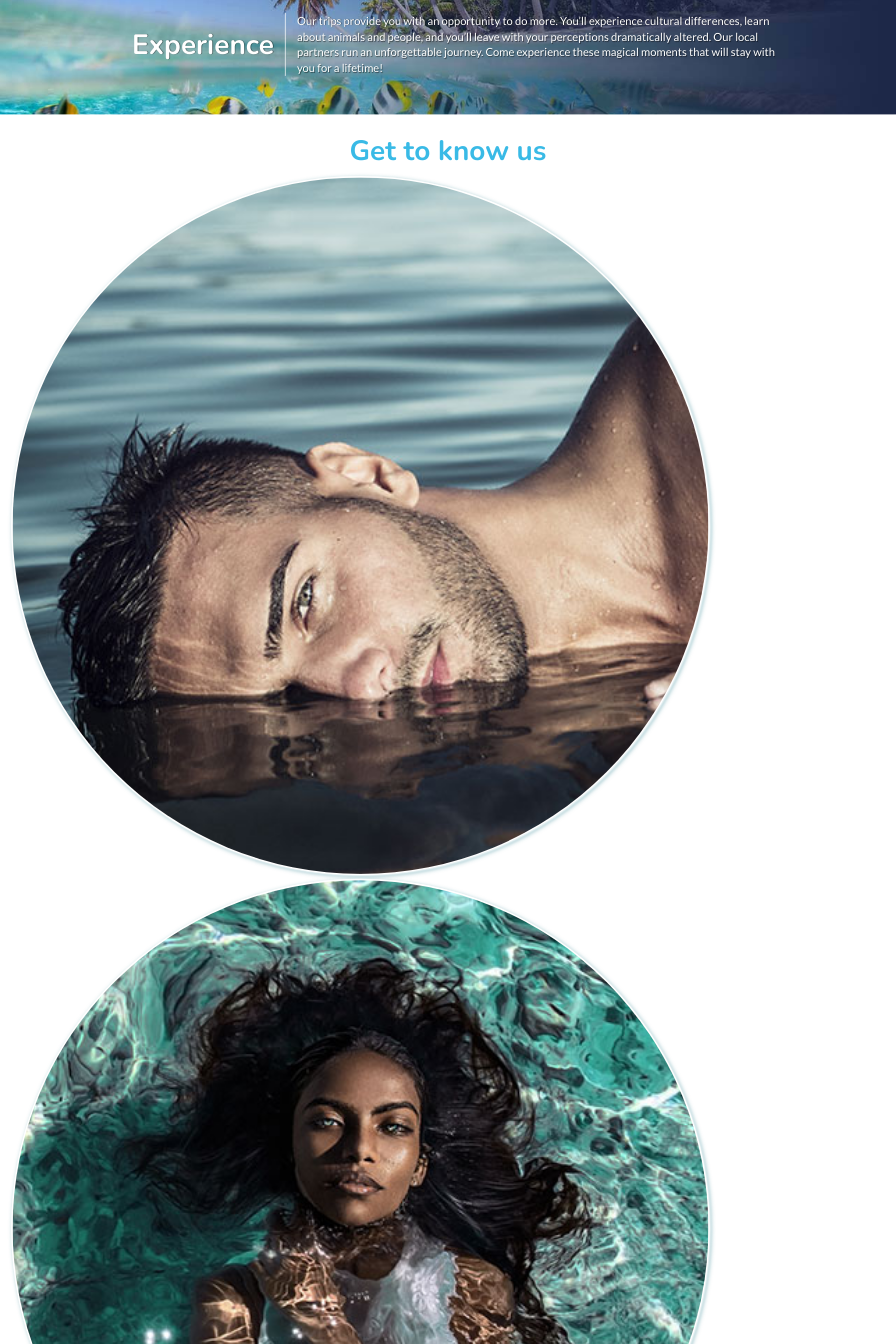
Repository: mariocapitbrok/css-combining-grid-and-flexbox-ch04
Page: 04_08/04_08_start.html
The author's editor kept a copy of each file at every save. The page is drawn from the files as they stood at one save, then again after the next save.
The browser window is 1280 px wide. The pictures show the part of the page from y = 1768 to 3688 px (the page is 7641 px tall before and 2727 px after), at 70% of full size.

Above is the page before, as saved 2022-10-10 19:12:00.

### 04_08/04_08_start.html
<!DOCTYPE html>
<html lang="en">
<head>
  <meta charset="UTF-8">
  <meta name="viewport" content="width=device-width, initial-scale=1.0">
  <meta http-equiv="X-UA-Compatible" content="ie=edge">
  <meta name="description" content="MAR is a fictional company, the concept and design was created by Emily Kay for use on the Grid and Flexbox training course with Linkedin Learning">
  <meta name="author" content="Concept and design by Emily Kay">

  <title>MAR, Marine Awareness Retreats | transformative ocean-based trips focused on altering perceptions and habits</title>

  <link rel="shortcut icon" type="image/x-icon" href="images/favicon.ico">
  <link rel="apple-touch-icon" href="images/favicon.png">
  <!-- load font awesome -->
  <link rel="stylesheet" href="https://cdnjs.cloudflare.com/ajax/libs/font-awesome/5.15.3/css/all.min.css">
  <!-- load google fonts -->
  <link href="https://fonts.googleapis.com/css2?family=Lato:ital,wght@0,300;0,400;0,700;1,300;1,400&family=Nunito:ital,wght@0,200;0,300;0,400;0,600;0,700;0,800;1,400&display=swap" rel="stylesheet">

  <link rel="stylesheet" href="styles/base.css">

</head>
<body>

  <!-- header / hero -->
  <header class="hero" id="home">
    <img src="images/ecoSystems.png" alt="ocean ecosystems">
    <article>
      <h1>Marine Awareness Retreats.</h1>
      <p>We are an organization focused on educating and raising awareness about the importance of our ocean’s ecosystems. We create life-altering experiences that literally change perceptions and perspectives. Join us for an incredible trip that will educate and forever change you.</p>
      <button>Learn more about our trips <i class="fas fa-angle-double-right"></i></button>
    </article>
  </header>

  <!-- navigation -->
  <section class="navWrap">
    <img src="images/marLogo.svg" alt="MAR logo" class="logo">
    <input type="checkbox" id="navToggle" class="navToggle">
    <label for="navToggle" class="navToggleLabel"><span></span></label>
    <nav>
      <ul>
        <li><a href="#home">Home</a></li>
        <li><a href="#team">About</a></li>
        <li><a href="#gallery">Gallery</a></li>
        <li><a href="#problem">Blog</a></li>
        <li><a href="#contact">Contact</a></li>
        <li><a href="#trips" class="btn">Book an experience</a></li>
      </ul>
    </nav>
  </section>


  <main>

  <!-- Trips -->
  <section class="trips" id="trips">
    <article>
      <h1>Our trips</h1>
      <p>We have trips worldwide; incredible experiences that will not only provide unique animal interactions but will also introduce you to local heroes that are making a difference in their communities each and every day. Our trips educate and connect you with conservationists that are making changes in small communities. Little steps with huge impacts!</p>
    </article>
    <ul class="tripList">
      <li>
        <img src="images/trip01.jpg" alt="humpback whales">
        <h3>Humpback Whales</h3>
        <p>Tonga is a special place to visit - and if you go at the right time, you will be forever changed by seeing these gentle giants swimming with babies and engaging in heat runs. The excitement level is high on this trip; there’s nothing like hearing the song of a humpback whale as he tries to encourage a female to mate with him. Conservation is top priority among the locals, who do their best to ensure that the whales have a safe place to mate and birth.</p>
        <a href="#">Whales in Tonga <i class="fas fa-angle-double-right"></i></a>
      </li>
      <li>
        <img src="images/trip02.jpg" alt="Great Barrier Reef">
        <h3>GB Reef</h3>
        <p>Sail to some of the most incredible islands and dive sites in the world. The Great Barrier Reef is the world’s largest living organism, stretching over 2,000 km down the eastern coast of Australia. This trip will allow you to ‘live’ on the reef. We will visit turtle conservatories, shark protected breeding grounds, and you’ll learn about measures that are being taken to preserve this treasure.</p>
        <a href="#">Sail the Reef <i class="fas fa-angle-double-right"></i></a>
      </li>
      <li>
        <img src="images/trip03.jpg" alt="Galapagos">
        <h3>Galapagos</h3>
        <p>This trip is an amazing opportunity to visit many of the islands in the archipelago. There is so much diversity and an abundance of wildlife that is found nowhere else on earth. We will spend 10 days with sharks, mantas, turtles, ocean iguanas and so much more. Learn about the unique conservation efforts and amazing animals found only in the Galapagos.</p>
        <a href="#">Diversity central <i class="fas fa-angle-double-right"></i></a>
      </li>
      <li>
        <img src="images/trip04.jpg" alt="Sharks">
        <h3>Sharks</h3>
        <p>Want to swim with sharks? This trip is for you. We will see tiger sharks, hammerheads, lemons and occasionally whale sharks. Not only will you have a thrill experiencing silent, graceful beauties swim right by you, you will also learn about the importance of sharks. These top-level predators are necessary for a healthy ocean and help keep all the other species healthy as well.</p>
        <a href="#">Sharks, sharks, sharks! <i class="fas fa-angle-double-right"></i></a>
      </li>
      <li>
        <img src="images/trip05.jpg" alt="Coral">
        <h3>Coral Restoration</h3>
        <p>Learn about coral re-growth and restoration. On this trip you will work with a team of coral specialists. You’ll see how they grow and care for the coral polyps, and once they are large enough, how each one is meticulously attached to the reef. You will help our team monitor assess the health of corals at various stages of growth and even be able to attach new coral to help the reef grow!</p>
        <a href="#">Thailand coral project <i class="fas fa-angle-double-right"></i></a>
      </li>
      <li>
        <img src="images/trip06.jpg" alt="Maldives">
        <h3>Maldives</h3>
        <p>Our Maldives experience combines adventure with cultural and sustainable travel. Our tours allow guests to learn about the Maldives, and its culture, beliefs, and traditions through the eyes of a local. You’ll stay in an overwater bungalow that overlooks a richly diverse lagoon. The island is a safe nesting site for Olive Ridley and Green Sea Turtles. You’ll also be able to work with locals, assisting with rescues and rehabilitation in this incredible ecosystem.</p>
        <a href="#">Culural ocean safari <i class="fas fa-angle-double-right"></i></a>
      </li>
    </ul>
  </section>

  <!-- CTA1 -->
  <section class="cta cta1">
    <h1>Experience</h1>
    <p>Our trips provide you with an opportunity to do more. You’ll experience cultural differences, learn about animals and people, and you’ll leave with your perceptions dramatically altered. Our local partners run an unforgettable journey. Come experience these magical moments that will stay with you for a lifetime!</p>
  </section>

  <!-- Team -->
  <section class="team" id="team">
    <h1>Get to know us</h1>
    <ul class="teamMembers">
      <li><img src="images/team01.jpg" alt="team member"></li>
      <li><img src="images/team02.jpg" alt="team member"></li>
      <li><img src="images/team03.jpg" alt="team member"></li>
      <li><img src="images/team04.jpg" alt="team member"></li>
      <li><img src="images/team05.jpg" alt="team member"></li>
    </ul>
    <p>MAR has been organizing small ocean wildlife expeditions for 12 years. We keep our groups small to minimize our impact on the areas we visit and to ensure the animals are not stressed or overwhelmed. This also ensures that our guests can maximize time with the animals. Our company is a tight knit group of conservationists and experts in their fields. All of our employees are passionate about wildlife and conservation. We are all marine biologists and ocean aficionados, so we can give you lots of information, and believe me, we have a lot to share. We consider each other 'Ohana': a Hawaiian term meaning "family". By the end of your journey you will be part of the MAR Ohana. <a href="#">Meet the team</a></p>
  </section>

  <!-- CTA2 -->
  <section class="cta cta2">
    <h1>Education</h1>
    <p>Our mission is to provide education through global experiences. We will open doors to you that will leave a lasting impression on how you view our world and alter your behaviors and actions for the good of all.</p>
  </section>

  <!-- Problem -->


  <!-- Actions -->


  <!-- CTA3 -->
  <section class="cta cta3">
    <h1>Conservation</h1>
    <p>Our world is in trouble, and as the stewards of this planet we need to be better. Lead by example and ensure that this amazing world and all its inhabitants have a fighting chance for longevity. This journey will open your eyes and forever change you.</p>
  </section>

  <!-- Photo Gallery -->

  </main>


  <!-- Footer -->
  <footer>

  <!-- Contact Form -->

  <!-- Social Media -->

  <!-- Contact Info -->

  </footer>
</body>
</html>

### 04_08/styles/base.css
/*

TABLE OF CONTENTS

  1. Global styles
  2. Hero
  3. Navigation
  4. Trips
  5. CTA
  6. Team
  7. Problem
    7a. Actions
  8. Gallery
  9. Footer
    9a. Contact
    9b. Connect
  10. Media Queries
    10a. Media Query, (min-width: 700px)
      10a-i. Hero
      10a-ii. Navigation, Large screen
      10a-iii. Trips, Large screen
      10a-iv. CTA summaries, Large screen rules
    10b. Media Query, (min-width: 1000px)

*/

/* ############ 1. Global Styles ############ */
 article, aside, details, figcaption, figure, footer, header, hgroup, menu, nav, section {
   display: block;
}

 * {
   padding: 0;
   margin: 0;
   box-sizing: border-box;
   font-size: 100%;
 }

 body > * {
   font-family: 'Lato', sans-serif;
   line-height: 1.4;
 }

 img {
   max-width: 100%;
   height: auto;
 }

 h1, h2, h3, h4 {
   font-family: 'Nunito', sans-serif;
   line-height: 1;
 }

 h1 {
   font-size: 2.5rem;
 }

 h2 {
   font-size: 2rem;
 }

 h3 {
   font-size: 1.6rem;
 }

 h4 {
   font-size: 1.4rem;
 }

 p {
   line-height: 1.4;
 }

a {
  color: #36bae6;
  font-weight: bold;
}

a:hover {
  color: #e06630;
}

i {
  padding-left: .5rem;
}

/* ############ 2. Hero ############ */
.hero {
  background: url("../images/header1_sm.jpg") no-repeat center right;
  background-size: cover;
  color: #fff;
  font-size: 20px;
  text-align: center;
  display: grid;
  grid-template-columns: 10px 2fr 10px;
  grid-template-rows: .5fr 1fr 20px;
  grid-gap: 20px;
 }

.hero img {
  margin: auto;
  padding-top: 1rem;
  grid-column: 2 / 3;
  grid-row: 1 / 2;
}

.hero article {
  grid-column: 2 / 3;
  grid-row: 2 / 3;
}

.hero h1 {
  font-size: 2rem;
  text-transform: uppercase;
}

.hero button {
  background-color: #fff;
  border: none;
  border-radius: 4px;
  color: #2abadf;
  font-size: 1rem;
  padding: 5px 10px;
  margin: .75rem auto 0;
}


/* ############ 3. Navigation ############ */
.logo {
  max-width: 90px;
 }

.navWrap {
  position: sticky;/*  ** note the menu will not be sticky until we add more page content */
  top: 0;
  z-index: 99;
  height: 48px;
  width: 100%;
  background-color: #212f54;
  border-bottom: 1px solid #e0e5eb;
  box-shadow: 0px 1px 8px #223055;
  padding: 0 1.5rem;
  display: flex;
  align-items: center;
  justify-content: space-between;
}

input#navToggle {
  display: none;
}

input#navToggle ~ label {
  position: relative;
  padding: 0.25rem;
  width: 2rem;
  height: 1.25rem;
  height: 2rem;
}

input#navToggle ~ label > span,
input#navToggle ~ label > span::before,
input#navToggle ~ label > span::after {
  content: "";
  display: block;
  position: absolute;
  top: .75rem;
  height: 0.125rem;
  width: 1.75rem;
  opacity: 1;
  background: #fff;
  transition: 0.14s ease-in-out;
}

input#navToggle ~ label > span::before {
  top: -0.5rem;
}

input#navToggle ~ label > span::after {
  top: 0.5rem;
}

#navToggle:checked ~ label > span {
  width: 0;
  background: rgba(18, 18, 18, 0);
}

#navToggle:checked ~ label > span::before {
  transform: rotateZ(45deg);
  top: 0;
}

#navToggle:checked ~ label > span::after {
  transform: rotateZ(-45deg);
  top: 0;
}

#navToggle:checked ~ nav {
  left: 0;
}

nav {
  position: absolute;
  z-index: -1;
  top: 3.0rem;
  left: -110%;
  width: 100%;
  transition: 0.22s ease-in-out;
}

nav::after {
  content: "";
  position: absolute;
  top: 0;
  z-index: -1;
  height: 100vh;
  width: 100vw;
  background-color: #13b1e7;
  background-size: cover;
}

nav ul {
    list-style-type: none;
}

nav ul li a {
  display: inline-block;
  text-decoration: none;
  width: 100%;
  padding: .75rem 1rem;
  color: #fff;
  border-bottom: solid 1px rgba(255,255,255,.5);
  transition: 0.14s ease-in-out;
}

nav ul li a:hover {
  color: #36bae6;
  background: #e0e5eb;
}

nav ul li:last-of-type::before {
  content: "";
  display: block;
  padding: .5rem;
  }

nav .btn {
  background: #fff;
  border-bottom: none;
  border-radius: 4px;
  box-shadow: inset 0 0 5px #eeb80c;
  color: #223054;
  width: 40%;
  padding: 0.25rem .6rem;
  letter-spacing: 1px;
  text-shadow: 0 0 1px rgb(19,177,231);
  display: flex;
  justify-content: center;
  margin: auto;
}

nav .btn:hover {
  background-color: #223054;
  box-shadow: inset 0 0 5px #13b1e7;
  color: #fff;
}

/* ############ 4. Trips ############ */
.trips {
  padding: 1rem;
  margin: auto;
  max-width: 1200px;
}

.trips article {
  margin: 2rem auto;
  width: 80%;
  max-width: 1000px;
}

.trips h1 {
  color: #3abadf;
  font-size: 3rem;
  margin-left: 1rem;
}

.trips article p {
  border-left: solid 1px #dedede;
  padding-left: 1rem;
}

.tripList {
  list-style-type: none;
  display: grid;
  grid-template-columns: repeat(auto-fit, minmax(260px, 1fr));
  grid-gap: 1rem;
}

.tripList li {
  background-color: rgba(255,255,255,.9);
  border-radius: 6px;
  border: solid 1px #dedede;
  box-shadow: 0 2px 5px rgba(0,0,0,0.1);
  padding: 1.8rem;
  display: grid;
  grid-template-columns: 1fr;
  grid-template-rows: auto minmax(140px, 1fr) auto;
}

.tripList h3, .tripList img {
  grid-row: 1 / 2;
  grid-column: 1;
}

.tripList h3 {
  background-color: rgba(255,255,255,.5);
  color: #fff;
  padding: .5rem;
  margin-bottom: 1rem;
  text-align: center;
  text-shadow: 1px 1px 2px rgba(51,51,51,.7);
  align-self: end;
}

.trips a {
  border-radius: 3px;
  background-color: #39bae6;
  color: #fff;
  height: 2rem;
  margin-top: 1rem;
  text-decoration: none;
  display: flex;
  justify-content: center;
  align-items: center;
}

.trips a:hover {
  background-color: #333;
}


/* ############ 5. CTA ############ */
.cta {
  background-repeat: no-repeat;
  background-position: center center;
  background-size: cover;
  color: #fff;
  margin: 2rem auto;
  padding: 2rem;
  text-shadow: 1px 1px 1px rgb(0 0 0 / 50%);
}

.cta1 {
  background-image: url("../images/ctaBG1_sm.jpg");
}

.cta2 {
  background-image: url("../images/ctaBG2_sm.jpg");
}

.cta3 {
  background-image: url("../images/ctaBG3_sm.jpg");
}

.cta h1 {
  margin-left: 1rem;
}

.cta p {
  border-left: solid 1px #fff;
  padding-left: 1rem;
  max-width: 700px;
}


/* ############ 6. Team ############ */
.team {
  margin: 1rem;
}

.team h1 {
  text-align: center;
  color: #39bae6;
}

.team p {
  margin-bottom: 1rem;
}

.teamMembers {
  list-style-type: none;
  margin: 1rem 0;
}

.teamMembers li {
}

.teamMembers li:nth-child(1) {
}

.teamMembers li:nth-child(2) {
}

.teamMembers li:nth-child(3) {
}

.teamMembers li:nth-child(4) {
}

.teamMembers li:nth-child(5) {
}

.teamMembers li:hover {
}

.teamMembers img {
  border-radius: 50%;
  width: 80%;
  box-shadow: 1px 1px 3px #fff, 2px 2px 6px rgb(28 121 138 / 50%);
  border: solid 2px rgba(255,255,255,.8);
}

.teamMembers li:nth-child(3) img {
}


/* ############ 7. Problem ############ */

/* ############ 7a. Problem > Action ############ */


/* ############ 8. Gallery ############ */


/* ######### 9. Footer ######### */

/* ######### 9a. Footer > Contact ######### */

/* ######### 9b. Footer > Connect ######### */


/* ############ 10. Media Queries ############ */

/* ############ 10a. Media Query, (min-width: 700px) ############ */
@media screen and (min-width: 700px) {
  /* ######### 10a-i. HERO, Large screen rules ######### */
  header.hero {
    background: url(../images/header1_lg.jpg) no-repeat center left;
    background-size: cover;
    text-align: left;
    grid-template-columns: repeat(6, 1fr);
    grid-template-rows: .25fr 1fr .25fr;
    align-items: center;
  }

  .hero img {
    margin: 0 0 0 auto;
    grid-row: 2 / 3;
  }

  .hero article {
   max-width: 1000px;
   grid-column: 3 / 6;
  }

/* ######### 10a-ii. Navigation, Large screen rules ######### */
  .navWrap {
    display: grid;
    grid-template-columns: 100px minmax(auto, 1100px);
    justify-content: center;
    height: auto;
  }

  .navToggleLabel {
    display: none;
  }

  nav {
    position: initial;
  }

  nav ul {
    display: flex;
    justify-content: flex-end;
    align-items: center;
  }

  nav ul li a {
    border-bottom: none;;
  }

  nav ul li a:hover {
    background: transparent;
  }

  nav::after, nav ul li:last-of-type::before {
    display: none;
    padding: initial;
  }

  nav .btn {
    width: auto;
    background: #13b1e7;
    color: #fff;
    letter-spacing: normal;
    text-shadow: none;
    box-shadow: none;
  }

  nav.btn:hover {
    box-shadow: inset 0 0 5px #13b1e7;
    background-color: #223054;
  }

/* ######### 10a-iii. Trips, Large screen rules ######### */
  .tripList {
  grid-template-columns: repeat(auto-fit, minmax(300px, 1fr));
  }

  .trips article {
   width: 90%;
   display: flex;
   align-items: center;
  }

  .trips h1 {
    margin: 0 1rem 0 0;
  }

  .trips p {
    flex: 3;
  }

/* ######### 10a-iv. CTA summaries, Large screen rules ######### */
  .cta {
    min-height: 200px;
    display: flex;
    align-items: center;
    justify-content: center;
  }

  .cta1 {
    background-image: url("../images/ctaBG1_lg.jpg");
  }

  .cta2 {
    background-image: url("../images/ctaBG2_lg.jpg");
  }

  .cta3 {
    background-image: url("../images/ctaBG3_lg.jpg");
  }

  .cta h1 {
    margin-right: 1rem;
  }

}

/* ############ 10b. Media Query, (min-width: 1000px) ############ */
@media screen and (min-width: 1000px) {

}

After the next save:
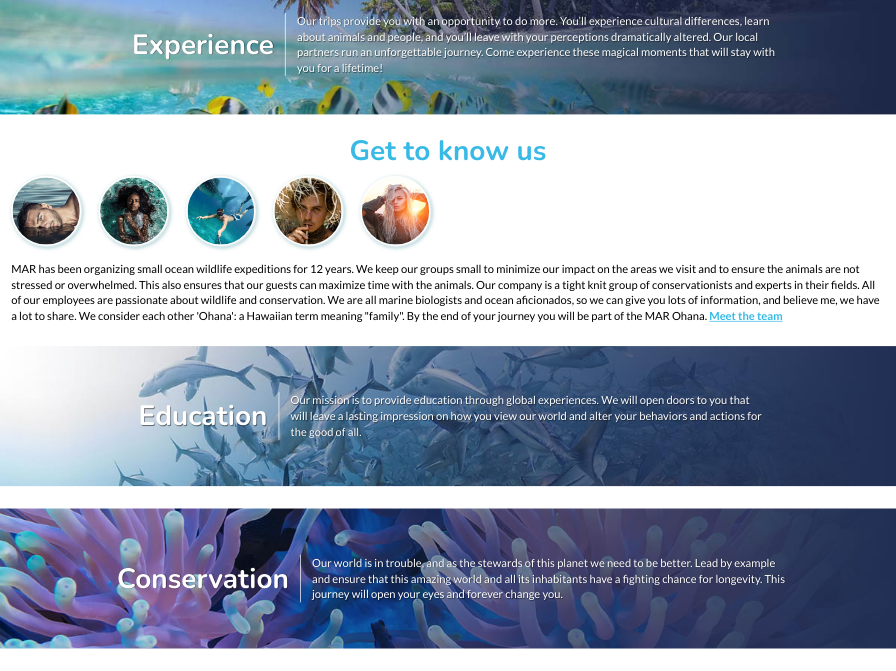
Saved 14 min 16 s later.
--- a/04_08/styles/base.css
+++ b/04_08/styles/base.css
@@ -389,6 +389,9 @@ nav .btn:hover {
 .teamMembers {
   list-style-type: none;
   margin: 1rem 0;
+  display: grid;
+  grid-template-columns: repeat(10, 1fr);
+  align-items: center;
 }
 
 .teamMembers li {
